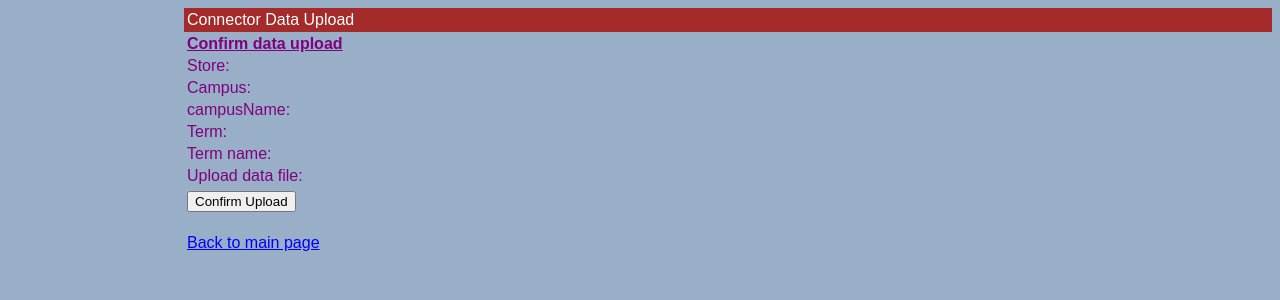
Repository: caditya/Dataupload
Page: http://localhost/connectordata/WEB-INF/views/dataupload.jsp
These files come from the project's save history. The page is drawn as it stood at one moment and after the next save; the edit follows.
The browser window is 1280 px wide. The pictures show the whole page.
Some web libraries are served in a nearby version. The page is served by Tomcat 9. Nobody is signed in. The template is opened directly, without the code that normally fills it, so the values that code supplies are empty.

Above is the page before, as saved 2014-07-18 20:49:07.

After the next save:
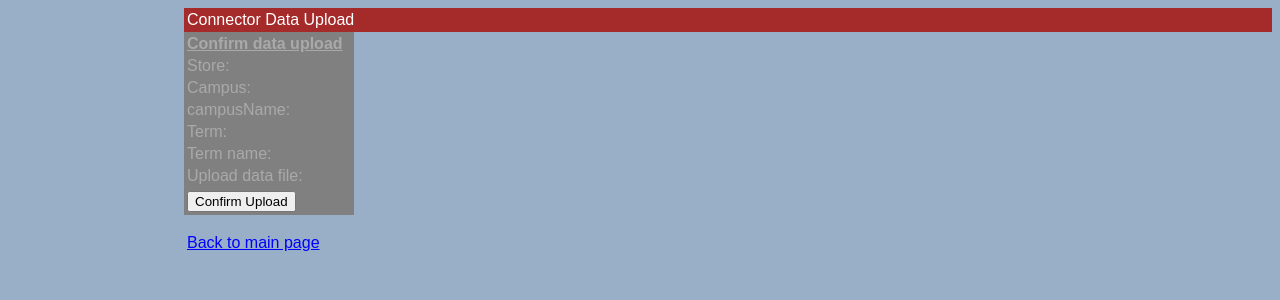
Saved 61 s later.
--- a/QAFileUpload/connectordata/src/main/webapp/WEB-INF/views/dataupload.jsp
+++ b/QAFileUpload/connectordata/src/main/webapp/WEB-INF/views/dataupload.jsp
@@ -13,7 +13,7 @@
 
 	$(document).ready(function() {
 
-
+		$("#dataTable").addClass("disabled");
 
 		$("#submit-button").click(function() {
 			$("#newaccountform").attr("action", "/it/createnewaccount");

After the 2 saves that followed:
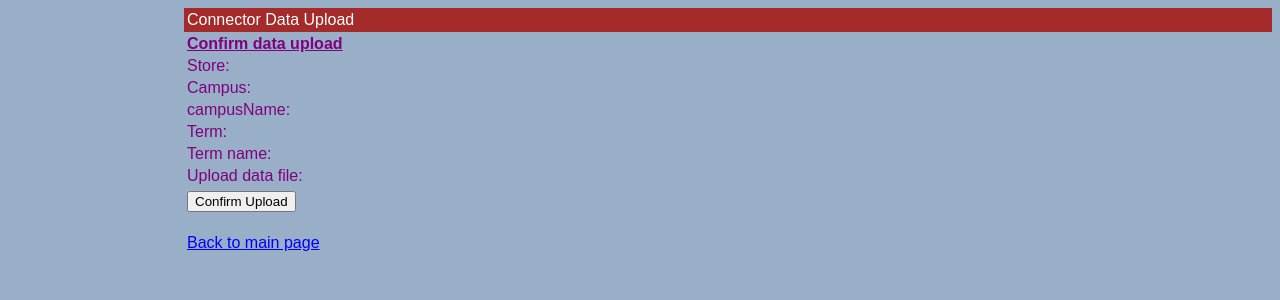
The 2 saves are shown as one change because 1 left the picture as it was.
The last was saved 80 s later.
--- a/QAFileUpload/connectordata/src/main/webapp/WEB-INF/views/dataupload.jsp
+++ b/QAFileUpload/connectordata/src/main/webapp/WEB-INF/views/dataupload.jsp
@@ -13,7 +13,7 @@
 
 	$(document).ready(function() {
 
-		$("#dataTable").addClass("disabled");
+
 
 		$("#submit-button").click(function() {
 			$("#newaccountform").attr("action", "/it/createnewaccount");
@@ -43,7 +43,7 @@
         	$("#placeholder_status").html("File Upload done.");
         	$("#confirmUpload").hide();
         	$("#pageHeading").html("Last File Uploaded");
-        	$("#dataTable").addClass("disabled");
+        	alert($("#dataTable"));
 
         } else if (status.errorCode!='1'){
         	$("#placeholder_status").html("File upload failed. Please try manually. " +  status.errorcode);
